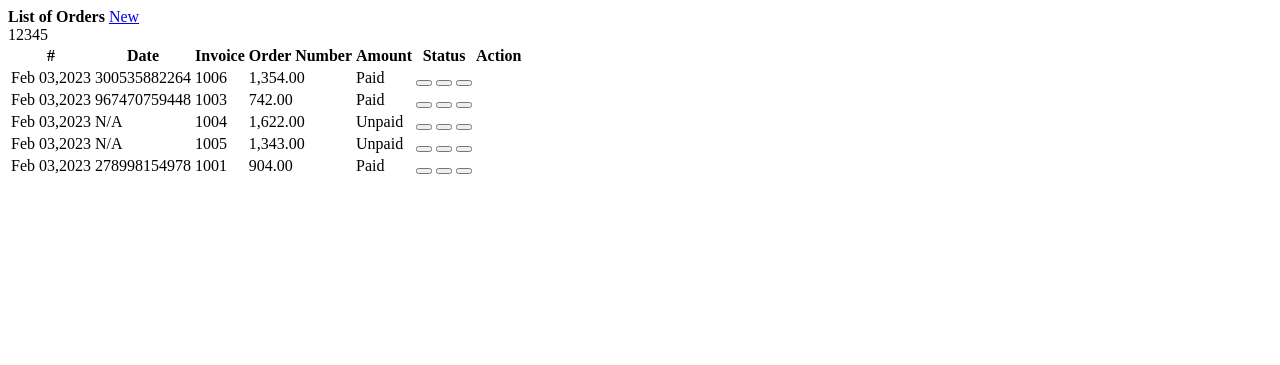
Repository: JyrossC/POS-PHP
Page: http://localhost/POS System/orders.php
These files come from the project's save history. The page is drawn as it stood at one moment and after a run of saves; the edit follows.
The browser window is 1280 px wide. The pictures show the whole page.
The page is run by PHP 8.4 with error messages shown; the project is at /var/www/html/. The database holds what the project's SQL file puts in it.

Above is the page before, as saved 2024-09-04 12:57:07.
Console error: ReferenceError: $ is not defined

After the next 2 saves:
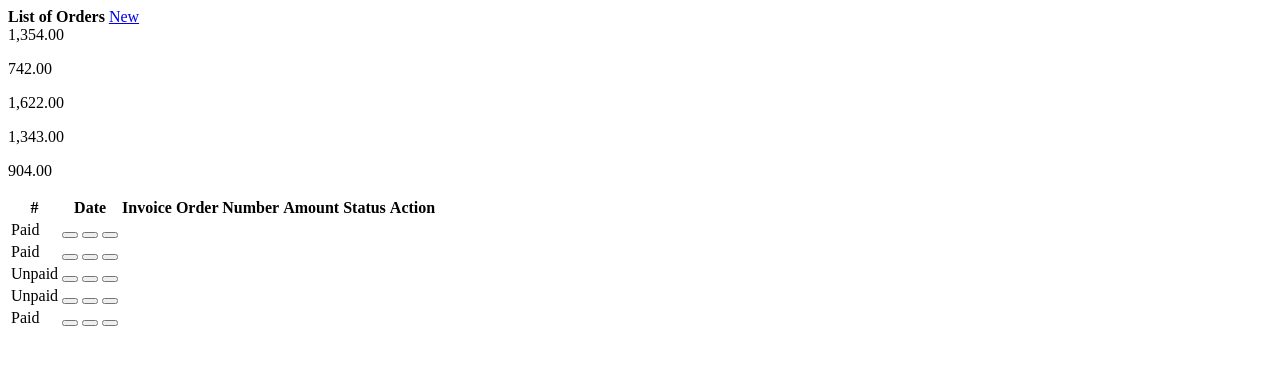
The 2 saves are shown as one change because they came seconds apart.
The last was saved 7 s later.
--- a/POS System/orders.php
+++ b/POS System/orders.php
@@ -54,7 +54,7 @@
 								while($row=$order->fetch_assoc()):
 								?>
 								<tr class="text-center>
-									<td class=ext-cer"><?php echo $i++ ?></td>
+									<td><?php echo $i++ ?></td>
 									<td>
 										<p> <?php echo date("M d,Y",strtotime($row['date_created'])) ?></p>
 									</td>

After the save that followed:
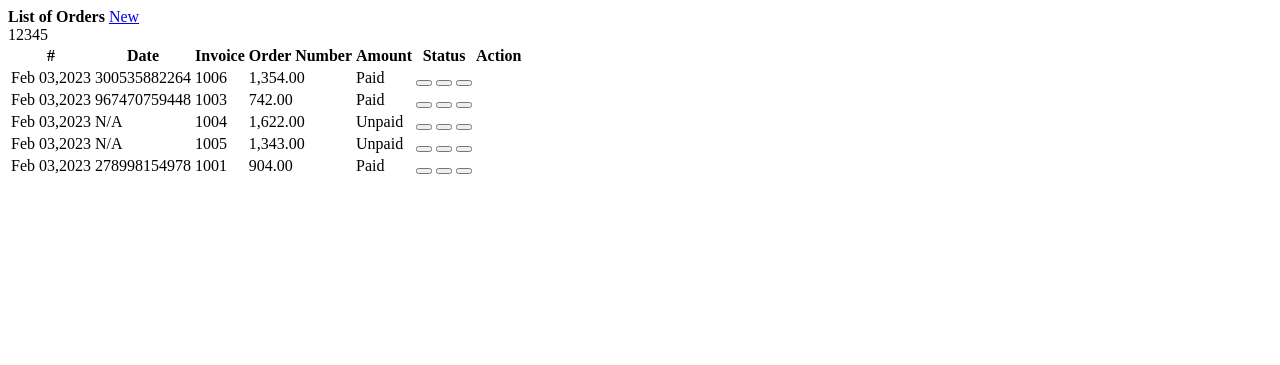
Saved 23 s later.
--- a/POS System/orders.php
+++ b/POS System/orders.php
@@ -53,8 +53,8 @@
 								$order = $conn->query("SELECT * FROM orders order by unix_timestamp(date_created) desc ");
 								while($row=$order->fetch_assoc()):
 								?>
-								<tr class="text-center>
-									<td><?php echo $i++ ?></td>
+								<tr class="text-center >
+									<td class="text-center"><?php echo $i++ ?></td>
 									<td>
 										<p> <?php echo date("M d,Y",strtotime($row['date_created'])) ?></p>
 									</td>
